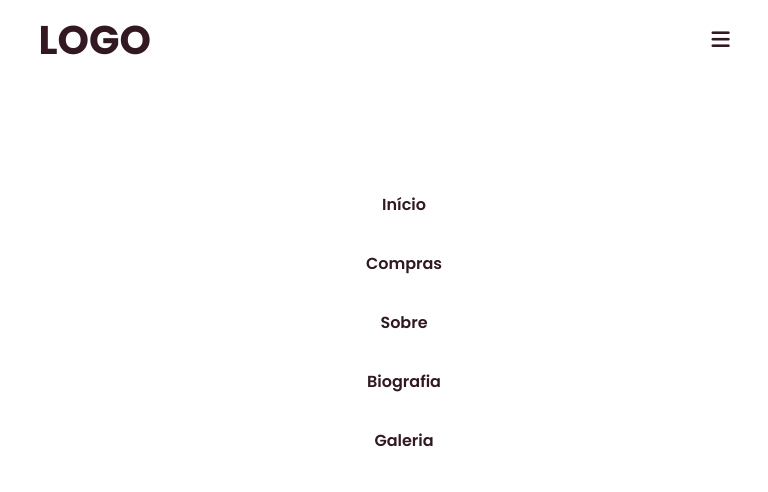
Repository: Matheus904-12/Teste
Page: teste.html
These files come from the project's save history. The page is drawn as it stood at one moment and after the next save; the edit follows.
The browser window is 768 px wide. The pictures show the whole page.
Some web libraries are served in a nearby version.

Above is the page before, as saved 2023-11-01 10:20:55.

After the next save:
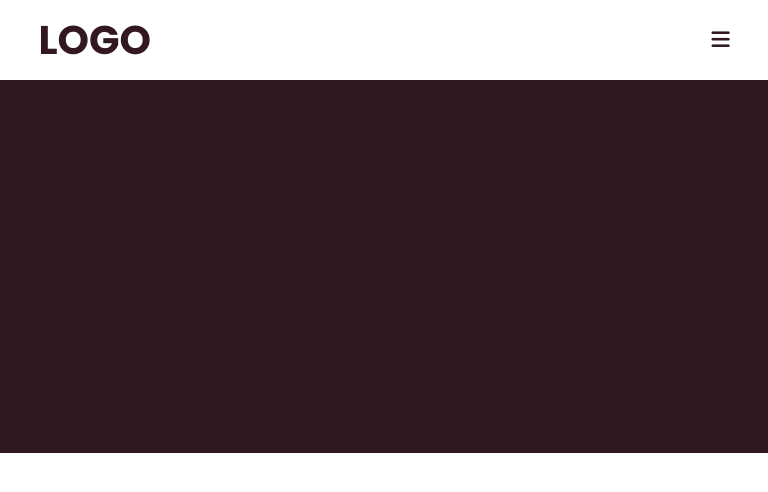
Saved 4 s later.
--- a/css.css
+++ b/css.css
@@ -84,6 +84,6 @@ header nav #toggle {
         top: 80px;
         width: 100%;
         padding-top: 110px;
-        background: ;
+        background: #311822;
     }
 }
